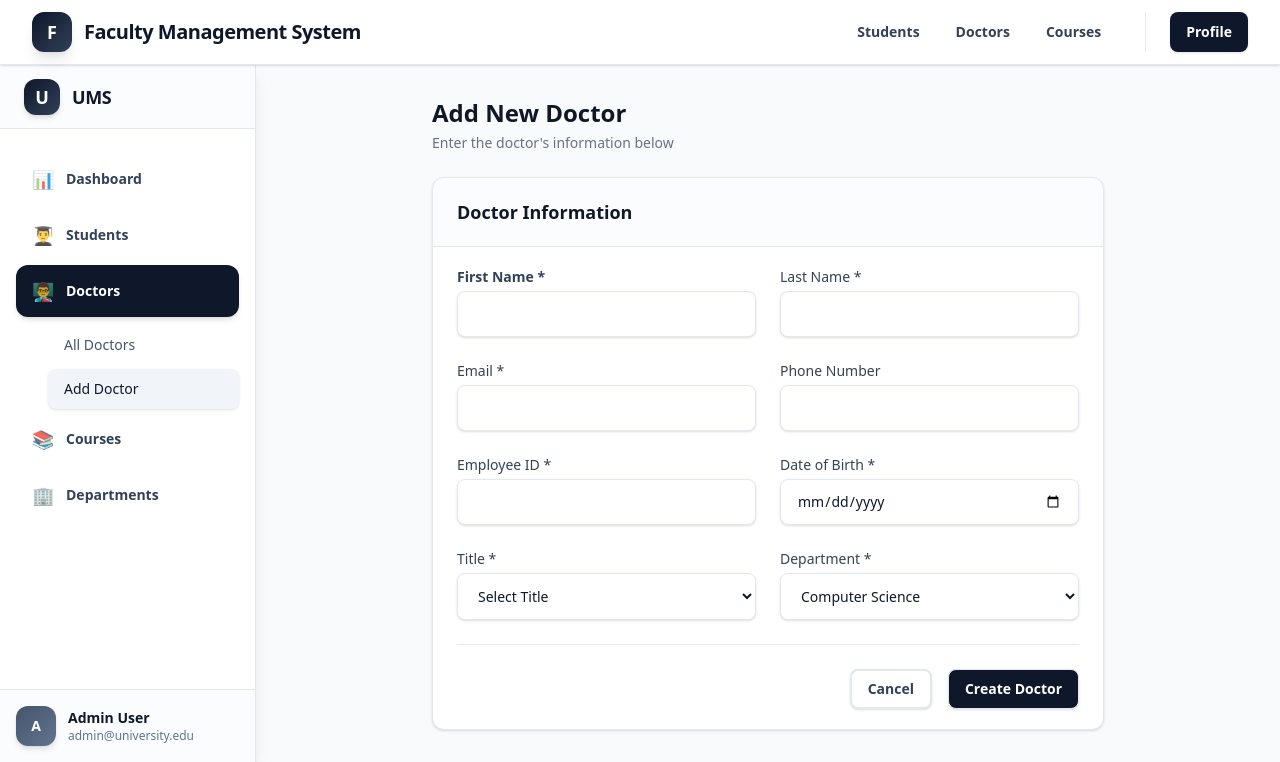
Repository: Mohamedmohsen179/Advanced-DB-Task
Page: /doctors/new (app in frontend/)
The author's editor kept a copy of each file at every save. The page is drawn from the files as they stood at one save, then again after the next save.
The browser window is 1280 px wide. The pictures show the whole page.
The page's requests for data from a server got no answer. The project was rebuilt for these pictures with package versions that can differ from the ones it lists, and the page was loaded fresh each time. The framework's server and built-in components were replaced by stand-ins that run in the browser. No one was signed in, and anything a server would have sent is missing. Also part of the build but not shown: frontend/next.config.ts.

Above is the page before, as saved 2025-11-28 19:04:11.

After the next save:
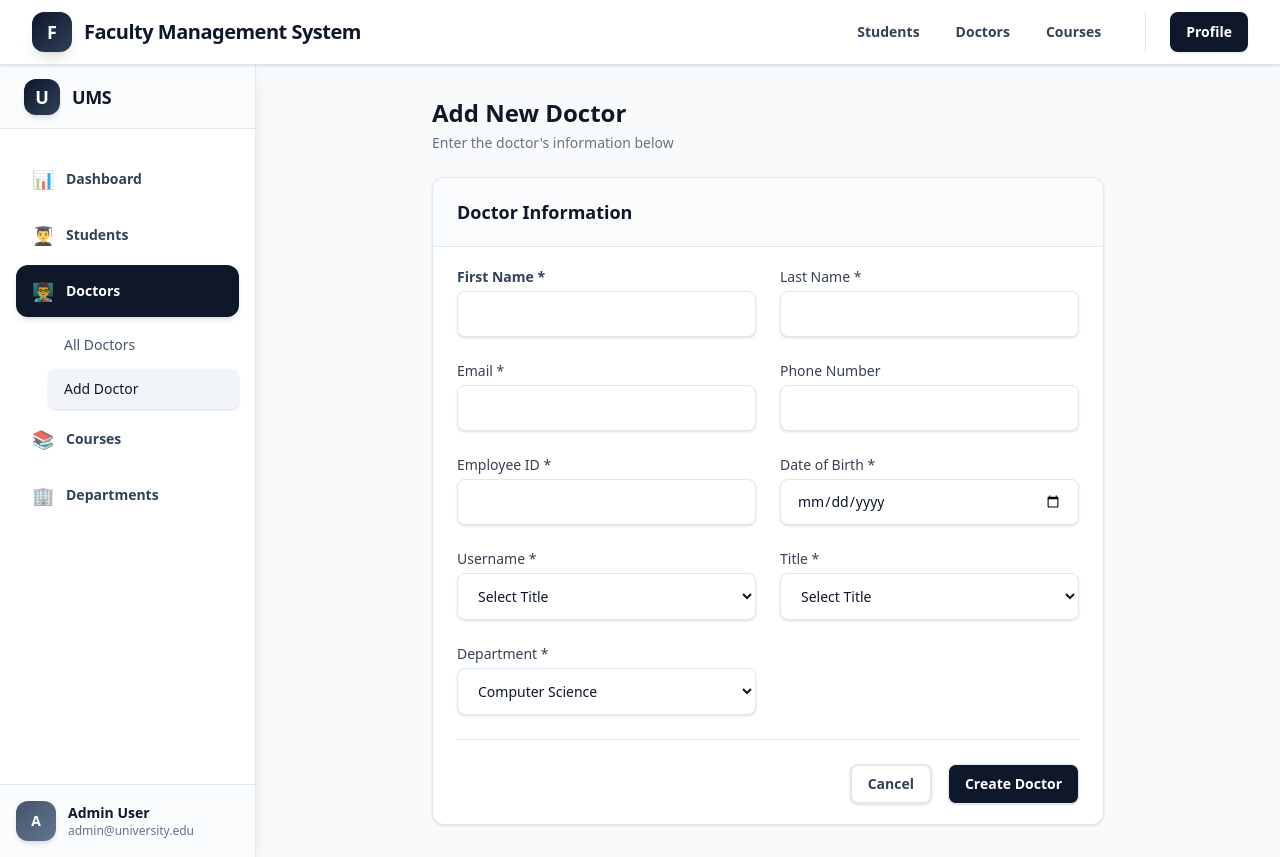
Saved 60 s later.
--- a/frontend/app/doctors/new/page.tsx
+++ b/frontend/app/doctors/new/page.tsx
@@ -221,7 +221,7 @@ export default function NewDoctorPage() {
 
               <div>
                 <label htmlFor="title" className="block text-sm font-medium text-gray-700">
-                  Title *
+                  Username *
                 </label>
                 <select
                   id="title"
@@ -239,6 +239,29 @@ export default function NewDoctorPage() {
                   <option value="Instructor">Instructor</option>
                 </select>
               </div>
+
+
+              <div>
+                <label htmlFor="title" className="block text-sm font-medium text-gray-700">
+                  Title *
+                </label>
+                <select
+                  id="title"
+                  name="title"
+                  required
+                  value={formData.title}
+                  onChange={handleInputChange}
+                  className="mt-1 block w-full border border-slate-300 rounded-lg px-4 py-3 text-sm focus:outline-none focus:ring-2 focus:ring-slate-500 focus:border-slate-500 transition-all duration-200 bg-white shadow-sm"
+                >
+                  <option value="">Select Title</option>
+                  <option value="Professor">Professor</option>
+                  <option value="Associate Professor">Associate Professor</option>
+                  <option value="Assistant Professor">Assistant Professor</option>
+                  <option value="Lecturer">Lecturer</option>
+                  <option value="Instructor">Instructor</option>
+                </select>
+              </div>
+
 
               <div>
                 <label htmlFor="departmentId" className="block text-sm font-medium text-gray-700">
